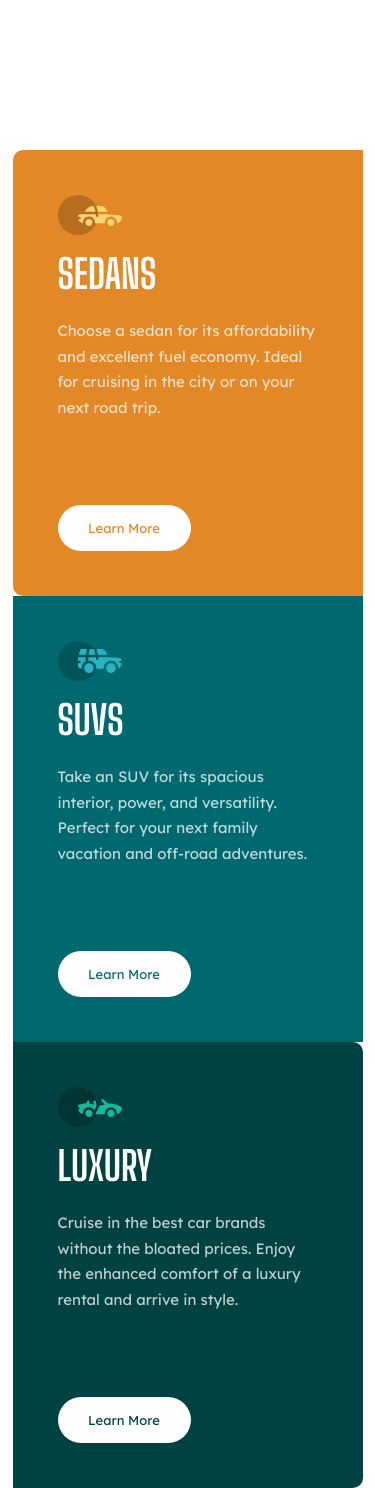
Repository: KamoliddinGIT/column-preview-card
Page: index.html
These files come from the project's save history. The page is drawn as it stood at one moment and after the next save; the edit follows.
The browser window is 375 px wide. The pictures show the whole page.

Above is the page before, as saved 2023-09-15 17:02:01.

### index.html
<!DOCTYPE html>
<html lang="en">
  <head>
    <meta charset="UTF-8" />
    <meta name="viewport" content="width=device-width, initial-scale=1.0" />
    <link
      rel="icon"
      type="image/png"
      sizes="32x32"
      href="./images/favicon-32x32.png"
    />
    <link
      href="https://fonts.googleapis.com/css2?family=Lexend+Deca&display=swap"
      rel="stylesheet"
    />
    <link
      href="https://fonts.googleapis.com/css2?family=Big+Shoulders+Display:wght@400;700&display=swap"
      rel="stylesheet"
    />
    <link rel="stylesheet" href="./css/style.css" />
    <title>3-column preview card component</title>
  </head>
  <body>
    <div class="container">
      <div class="card card__1">
        <img src="./images/icon-sedans.svg" alt="sedans" />
        <h1>SEDANS</h1>
        <p>
          Choose a sedan for its affordability and excellent fuel economy. Ideal
          for cruising in the city or on your next road trip.
        </p>
        <a href="#">Learn More</a>
      </div>
      <div class="card card__2">
        <img src="./images/icon-suvs.svg" alt="suvs" />
        <h1>SUVS</h1>
        <p>
          Take an SUV for its spacious interior, power, and versatility. Perfect
          for your next family vacation and off-road adventures.
        </p>
        <a href="#">Learn More</a>
      </div>
      <div class="card card__3">
        <img src="./images/icon-luxury.svg" alt="icon-luxury" />
        <h1>LUXURY</h1>
        <p>
          Cruise in the best car brands without the bloated prices. Enjoy the
          enhanced comfort of a luxury rental and arrive in style.
        </p>
        <a href="#">Learn More</a>
      </div>
    </div>
  </body>
</html>

### css/style.css
* {
  margin: 0;
  padding: 0;
  box-sizing: border-box;
}

body {
  padding: 70px;
  display: flex;
  justify-content: center;
  align-items: center;
  width: 100%;
  height: 100vh;
}

.container {
  display: flex;
  flex-direction: row;
  border-radius: 10px;
  max-width: 900px;
  width: 900px;
  height: 500px;
  color: hsla(0, 0%, 100%, 0.75);
}

.card__1 {
  max-width: 400px;
  width: 350px;
  height: 100%;
  background-color: hsl(31, 77%, 52%);
  border-top-left-radius: 10px;
  border-bottom-left-radius: 10px;
  padding: 45px;
}

.card__2 {
  max-width: 400px;
  width: 350px;
  height: 100%;
  background-color: hsl(184, 100%, 22%);
  padding: 45px;
}

.card__3 {
  max-width: 400px;
  width: 350px;
  height: 100%;
  background-color: hsl(179, 100%, 13%);
  border-top-right-radius: 10px;
  border-bottom-right-radius: 10px;
  padding: 45px;
}

.card {
  padding: 45px;
  display: flex;
  flex-direction: column;
}

.card h1 {
  font-family: "Big Shoulders Display", cursive;
  color: #fff;
  text-transform: uppercase;
  margin-top: 15px;
  margin-bottom: 20px;
  font-size: 40px;
}

.card img {
  width: 64px;
  height: 40px;
}

.card p {
  font-family: "Lexend Deca", sans-serif;
  margin: 0 0 50px;
  font-size: 15px;
  line-height: 1.7;
}

.card__1 a {
  display: flex;
  justify-content: center;
  align-items: center;
  font-size: 13px;
  width: 133px;
  text-decoration: none;
  font-family: "Lexend Deca", sans-serif;
  color: hsl(31, 77%, 52%);
  background: #fff;
  margin-top: 35px;
  border-radius: 50px;
  padding: 15px 10px;
}

.card__1 a:hover {
  font-size: 13px;
  display: flex;
  justify-content: center;
  align-items: center;
  border: 2px solid #fff;
  cursor: pointer;
  transition: 0.3s ease;
  background: hsl(31, 77%, 52%);
  font-family: "Lexend Deca", sans-serif;
  color: #fff;
}

.card__2 a {
  display: flex;
  justify-content: center;
  align-items: center;
  font-size: 13px;
  width: 133px;
  text-decoration: none;
  font-family: "Lexend Deca", sans-serif;
  color: hsl(184, 100%, 22%);
  background: #fff;
  margin-top: 35px;
  border-radius: 50px;
  padding: 15px 10px;
}

.card__2 a:hover {
  font-size: 13px;
  display: flex;
  justify-content: center;
  align-items: center;
  border: 2px solid #fff;
  cursor: pointer;
  transition: 0.3s ease;
  background: hsl(184, 100%, 22%);
  font-family: "Lexend Deca", sans-serif;
  color: #fff;
}

.card__3 a {
  display: flex;
  justify-content: center;
  align-items: center;
  font-size: 13px;
  width: 133px;
  text-decoration: none;
  font-family: "Lexend Deca", sans-serif;
  color: hsl(179, 100%, 13%);
  background: #fff;
  margin-top: 35px;
  border-radius: 50px;
  padding: 15px 10px;
}

.card__3 a:hover {
  font-size: 13px;
  display: flex;
  justify-content: center;
  align-items: center;
  border: 2px solid #fff;
  cursor: pointer;
  transition: 0.3s ease;
  background: hsl(179, 100%, 13%);
  font-family: "Lexend Deca", sans-serif;
  color: #fff;
}

/* media-css */

@media only screen and (max-width: 950px) {
  body {
    padding: 50px;
  }
  .container {
    max-width: 950px;
    width: 100%;
  }
}

@media only screen and (max-width: 800px) {
  body {
    padding: 20px;
    display: flex;
    justify-content: center;
    align-items: center;
  }
  .container {
    align-items: center;
    flex-direction: column;
  }
}

@media only screen and (max-width: 400px) {
  body {
    padding: 30px;
  }
  .container {
    max-width: 400px;
    width: 100%;
  }
}

After the next save:
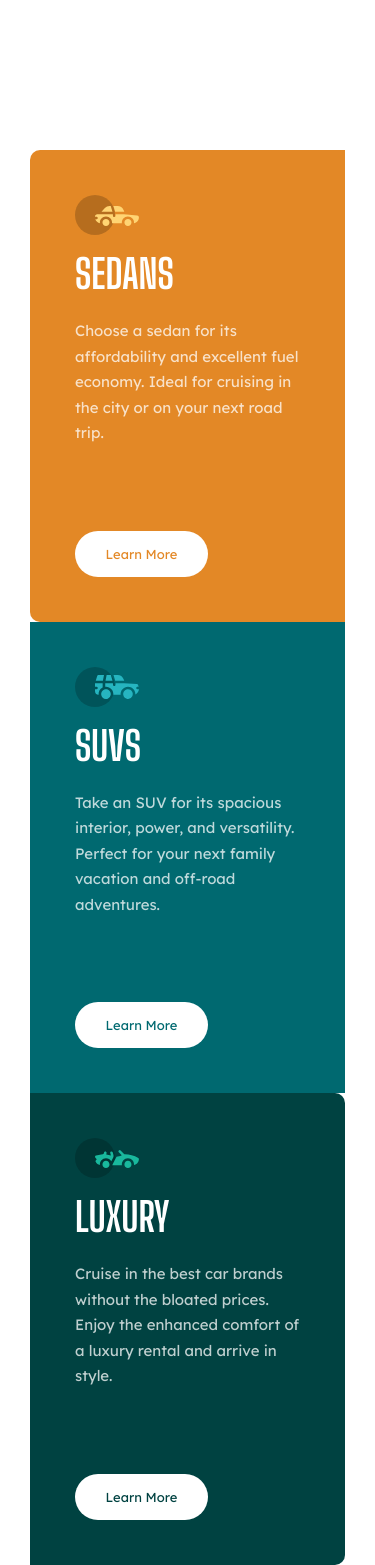
Saved 95 s later.
--- a/css/style.css
+++ b/css/style.css
@@ -195,4 +195,7 @@
     max-width: 400px;
     width: 100%;
   }
-}
+  .card {
+    width: 100%;
+  }
+}
